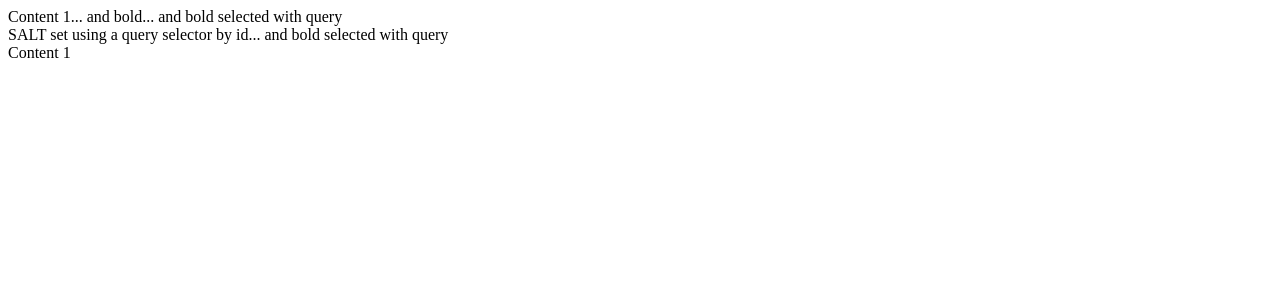
Repository: sammkrt/saltPrecourse
Page: jsDom-trainingGround/index.html
An editor plug-in stored every save of this project. The page is shown before and after the next save, followed by the edit.
The browser window is 1280 px wide. The pictures show the whole page.

Above is the page before, as saved 2022-12-23 14:02:44.

After the next save:
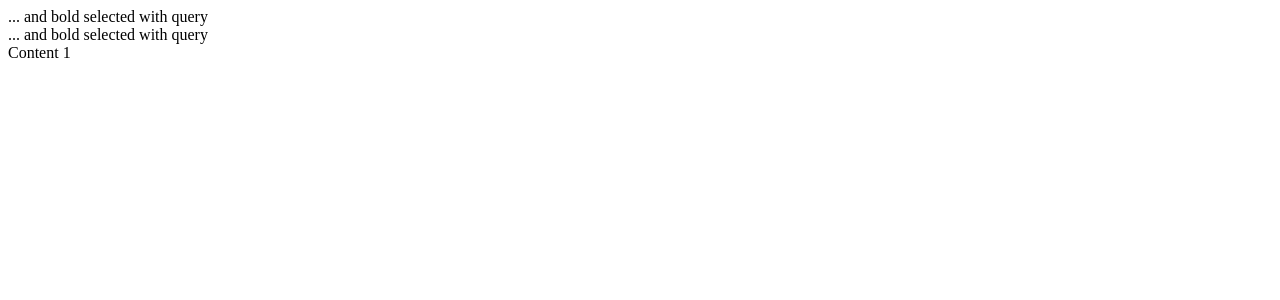
Saved 50 s later.
--- a/jsDom-trainingGround/index.html
+++ b/jsDom-trainingGround/index.html
@@ -33,7 +33,7 @@
 
         const boldNodesQuerySelected = document.querySelectorAll('.bold');
         for (let i = 0; i < boldNodesQuerySelected.length; i++) {
-            boldNodesQuerySelected[i].innerHTML += '... and bold selected with query ';
+            boldNodesQuerySelected[i].innerHTML = '... and bold selected with query ';
         }
     </script>
 </body>

After the save that followed:
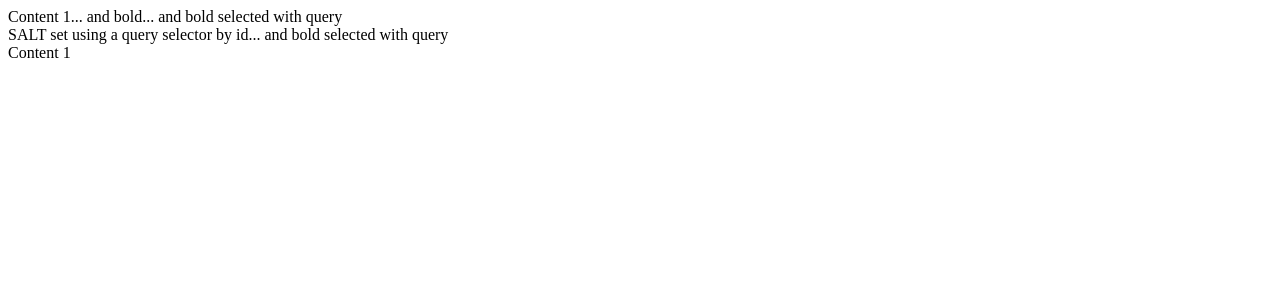
Saved 8 s later.
--- a/jsDom-trainingGround/index.html
+++ b/jsDom-trainingGround/index.html
@@ -33,7 +33,7 @@
 
         const boldNodesQuerySelected = document.querySelectorAll('.bold');
         for (let i = 0; i < boldNodesQuerySelected.length; i++) {
-            boldNodesQuerySelected[i].innerHTML = '... and bold selected with query ';
+            boldNodesQuerySelected[i].innerHTML += '... and bold selected with query ';
         }
     </script>
 </body>
